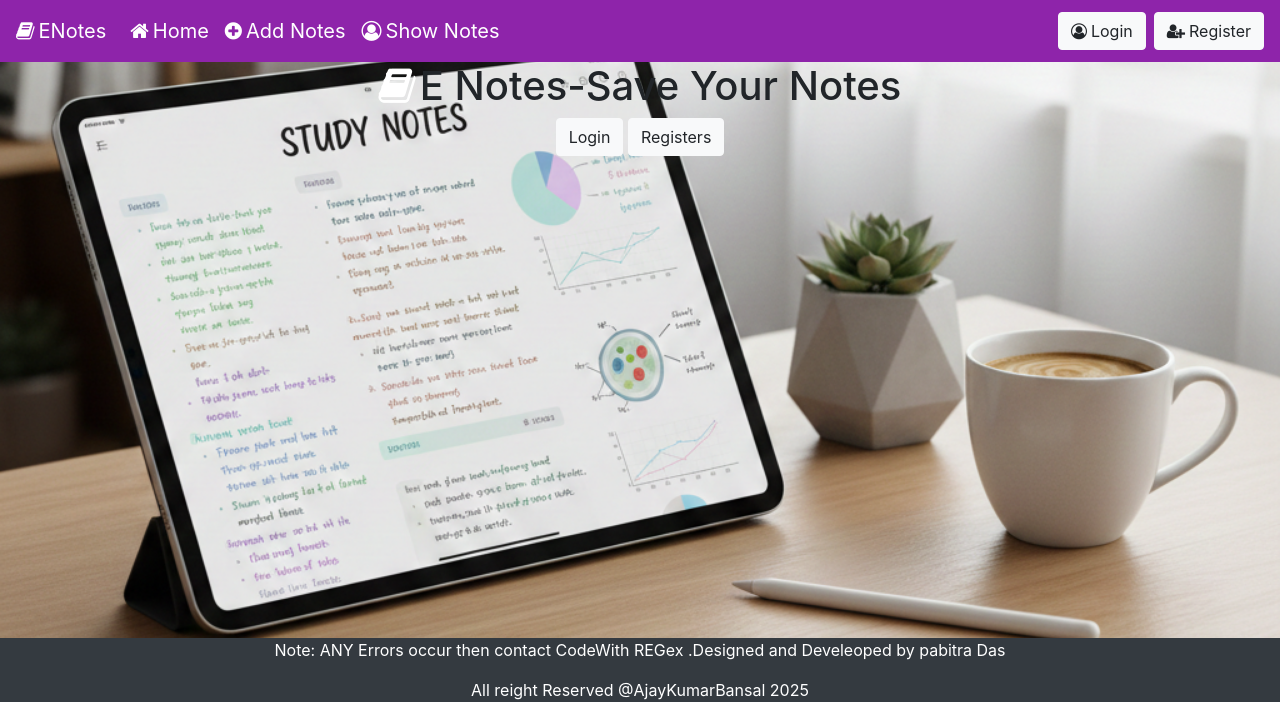
Repository: Bansal140899/eclipse-workspace
Page: http://localhost/ENotesProject/
The author's editor kept a copy of each file at every save. The page is drawn from the files as they stood at one save, then again after the next save.
The browser window is 1280 px wide. The pictures show the whole page.
The page is served by Tomcat 9. Other server files are loaded and not shown.

Above is the page before, as saved 2025-12-21 21:32:53.

### ENotesProject/src/main/webapp/index.jsp
<%@ page language="java" contentType="text/html; charset=UTF-8"
	pageEncoding="UTF-8"%>
<!DOCTYPE html PUBLIC "-//W3C//DTD HTML 4.01 Transitional//EN" "http://www.w3.org/TR/html4/loose.dtd">
<html>
<head>
<style type="text/css">
.back-img {
background:url("IMG/BACKGROUND.png");
width:100%;
height:80vh;
background-repeat: no-repeat;   /* repeat band */
    background-size: cover;        /* full cover */
    background-position: center;   /* center me set */
}
</style>
<meta http-equiv="Content-Type" content="text/html; charset=UTF-8">
<title>Home Page</title>
<%@include file="All_Component/allcss.jsp"%>
</head>
<body>
	<%@include file="All_Component/navbar.jsp"%>
	<div class="container-fluid back-img">
	<div class=  "text-center">
	<h1><i class="fa fa-book text-white mr-1" aria-hidden="true"></i>E Notes-Save Your Notes</h1>
    <a href="login.jsp" class="btn btn-light">Login</a>
	<a href="register.jsp" class="btn btn-light">Registers</a>
	</div>

	</div>
	<%@include file="All_Component/footer.jsp"%>

</body>
</html>

### ENotesProject/src/main/webapp/All_Component/allcss.jsp
<link rel="stylesheet"
	href="https://cdn.jsdelivr.net/npm/bootstrap@4.6.2/dist/css/bootstrap.min.css"
	integrity="sha384-xOolHFLEh07PJGoPkLv1IbcEPTNtaed2xpHsD9ESMhqIYd0nLMwNLD69Npy4HI+N"
	crossorigin="anonymous">

<link rel="stylesheet"
	href="https://cdnjs.cloudflare.com/ajax/libs/font-awesome/4.7.0/css/font-awesome.min.css">
<link rel="stylesheet" href="css/style.css">

<script
	src="https://cdn.jsdelivr.net/npm/jquery@3.5.1/dist/jquery.slim.min.js"
	integrity="sha384-DfXdz2htPH0lsSSs5nCTpuj/zy4C+OGpamoFVy38MVBnE+IbbVYUew+OrCXaRkfj"
	crossorigin="anonymous"></script>
<script
	src="https://cdn.jsdelivr.net/npm/popper.js@1.16.1/dist/umd/popper.min.js"
	integrity="sha384-9/reFTGAW83EW2RDu2S0VKaIzap3H66lZH81PoYlFhbGU+6BZp6G7niu735Sk7lN"
	crossorigin="anonymous"></script>
<script
	src="https://cdn.jsdelivr.net/npm/bootstrap@4.6.2/dist/js/bootstrap.min.js"
	integrity="sha384-+sLIOodYLS7CIrQpBjl+C7nPvqq+FbNUBDunl/OZv93DB7Ln/533i8e/mZXLi/P+"
	crossorigin="anonymous"></script>

### ENotesProject/src/main/webapp/All_Component/navbar.jsp
<nav class="navbar navbar-expand-lg navbar-dark bg-custom navbar-custom">
  <a class="navbar-brand" href="#"><i class="fa fa-book mr-1" aria-hidden="true"></i>ENotes</a>
  <button class="navbar-toggler" type="button" data-toggle="collapse" data-target="#navbarSupportedContent" aria-controls="navbarSupportedContent" aria-expanded="false" aria-label="Toggle navigation">
    <span class="navbar-toggler-icon"></span>
  </button>

  <div class="collapse navbar-collapse" id="navbarSupportedContent">
    <ul class="navbar-nav mr-auto">
      <li class="nav-item active">
        <a class="nav-link" href="#"><i class="fa fa-home mr-1" aria-hidden="true"></i>Home <span class="sr-only">(current)</span></a>
      </li>
      <li class="nav-item">
        <a class="nav-link" href="#"><i class="fa fa-plus-circle mr-1" aria-hidden="true"></i>Add Notes</a>
      </li>

      <li class="nav-item">
        <a class="nav-link"><i class="fa fa-user-circle-o mr-1" aria-hidden="true"></i>Show Notes</a>
      </li>
    </ul>

      <button class="btn btn-light my-2 my-sm-0 mr-2" type="submit"><i class="fa fa-user-circle-o mr-1" aria-hidden="true"></i>Login</a>
      <button class="btn btn-light my-2 my-sm-0" type="submit"><i class="fa fa-user-plus mr-1" aria-hidden="true"></i>Register</a>

  </div>
</nav>

### ENotesProject/src/main/webapp/All_Component/footer.jsp
<div class="container-fluid bg-dark">
<p class="text-center text-white">Note: ANY Errors occur then contact CodeWith REGex .Designed and Develeoped by pabitra Das</p>
<p class="text-center text-white">All reight Reserved @AjayKumarBansal 2025</p>



</div>

### ENotesProject/src/main/webapp/css/style.css
.bg-custom{
	background:#8e24aa;
}
.navbar .nav-item .nav-link{
	font-size:20px;
	color:white;
}

.navbar-custom .nav-item:hover .nav-link{
	background:white;
	color:black;
    border-radius:10px;
}

After the next save:
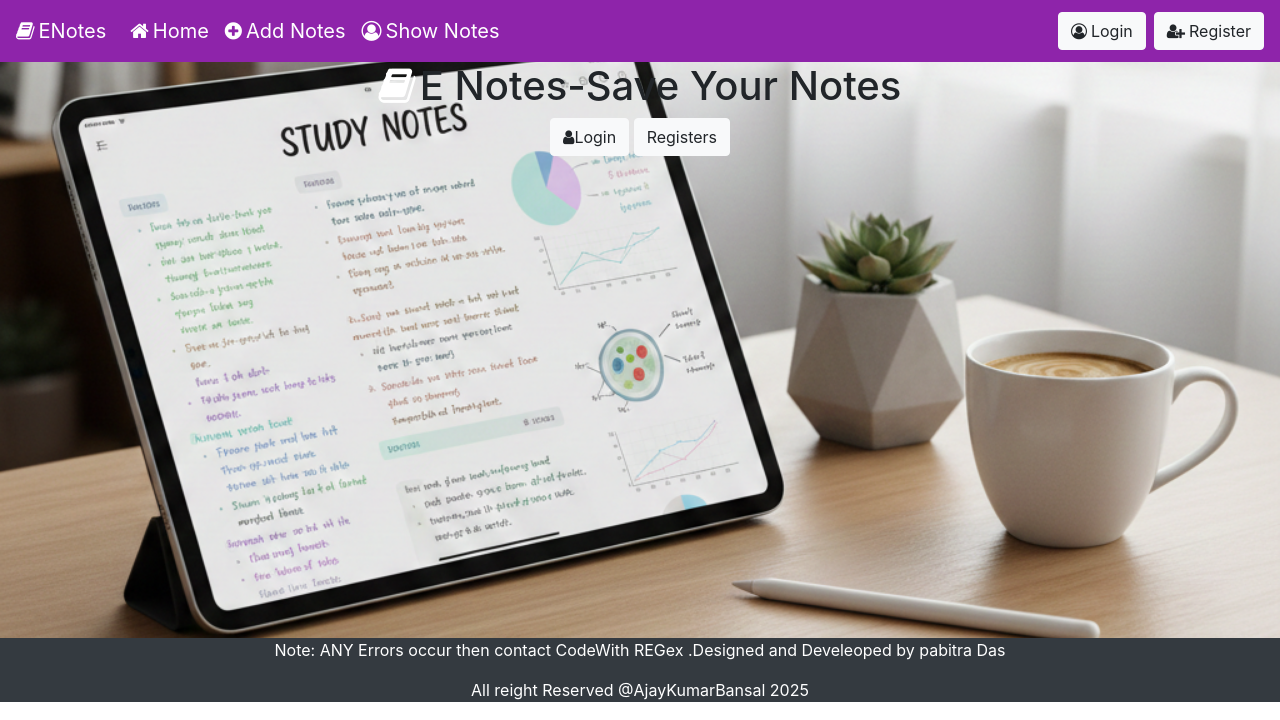
Saved 28 s later.
--- a/ENotesProject/src/main/webapp/index.jsp
+++ b/ENotesProject/src/main/webapp/index.jsp
@@ -22,7 +22,7 @@ background-repeat: no-repeat;   /* repeat band */
 	<div class="container-fluid back-img">
 	<div class=  "text-center">
 	<h1><i class="fa fa-book text-white mr-1" aria-hidden="true"></i>E Notes-Save Your Notes</h1>
-    <a href="login.jsp" class="btn btn-light">Login</a>
+    <a href="login.jsp" class="btn btn-light"><i class="fa fa-user" aria-hidden="true"></i>Login</a>
 	<a href="register.jsp" class="btn btn-light">Registers</a>
 	</div>
 
